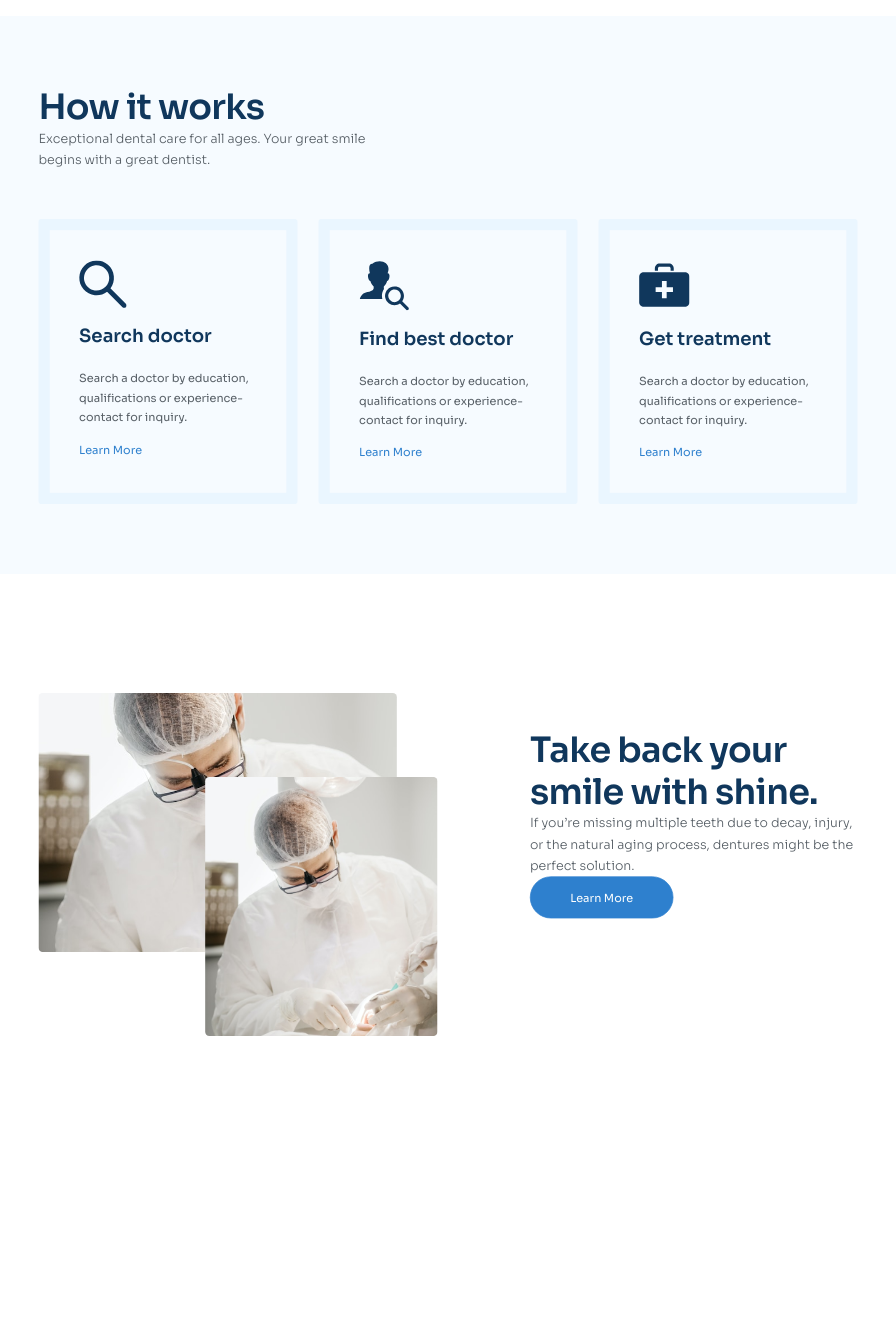
Repository: Tran-Dat/F8_Project_03
Page: index.html
These files come from the project's save history. The page is drawn as it stood at one moment and after the next save; the edit follows.
The browser window is 1280 px wide. The pictures show the part of the page from y = 1880 to 3800 px (the page is 3800 px tall), at 70% of full size.

Above is the page before, as saved 2023-04-03 16:15:56.

After the next save:
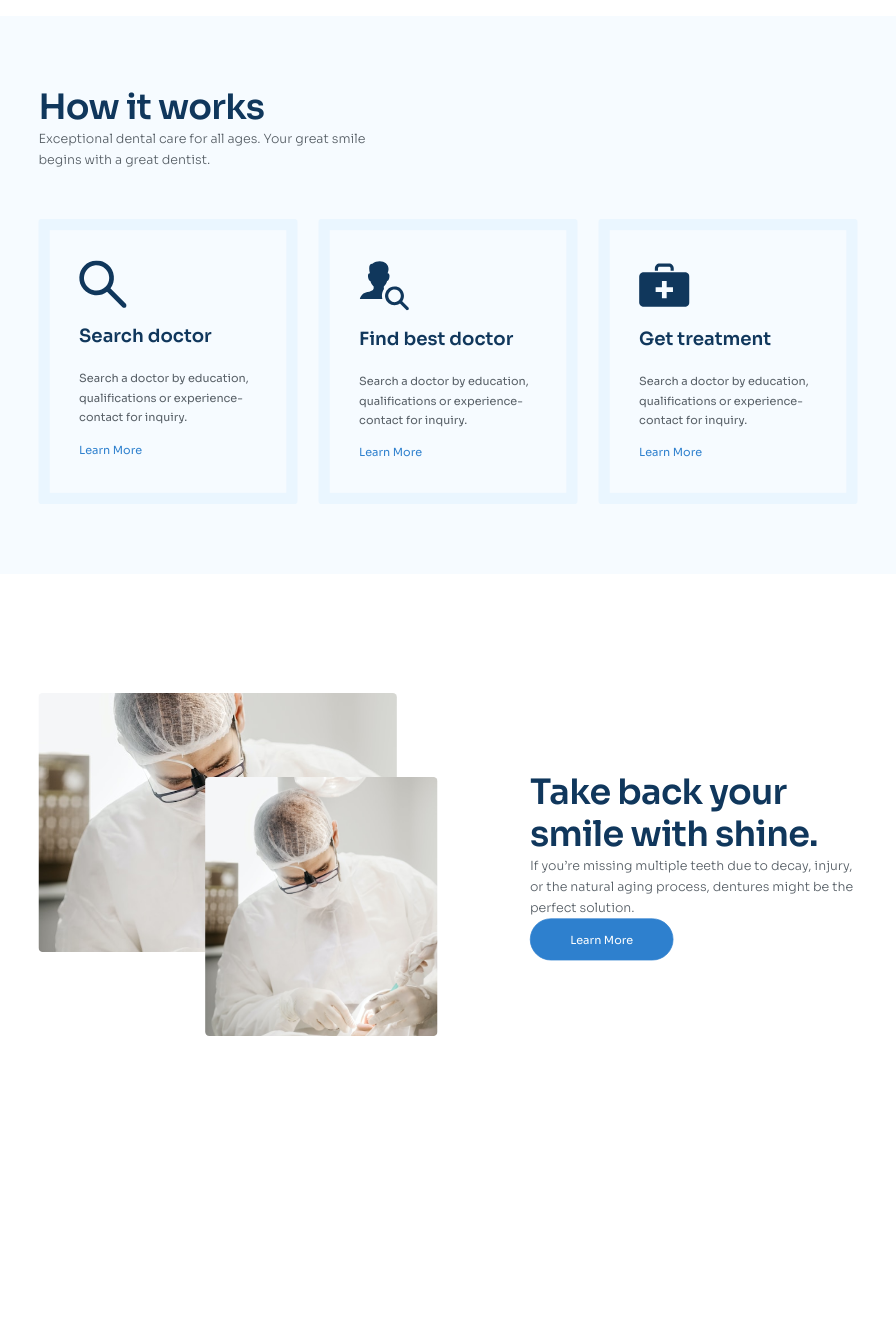
Saved 76 s later.
--- a/assets/css/style.css
+++ b/assets/css/style.css
@@ -397,6 +397,7 @@ a {
 .feature__images {
     width: 49%;
     position: relative;
+    padding-bottom: 121px;
 }
 
 .feature__img {
